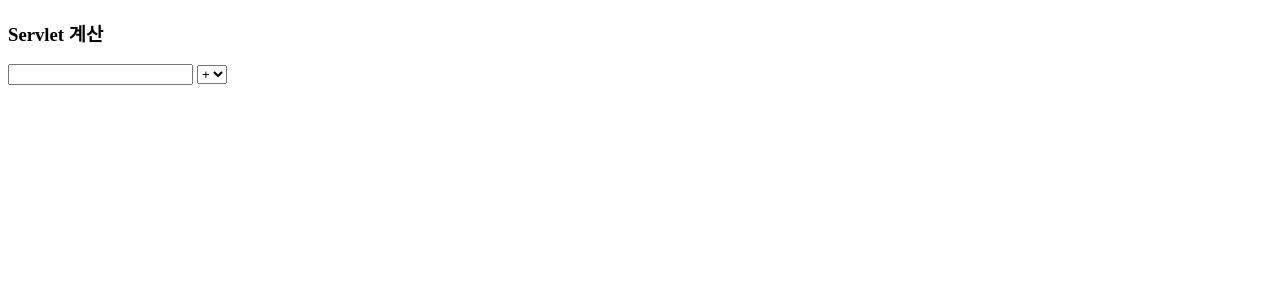
Repository: daehyuk1231/lect_labs_java
Page: http://localhost/java_web/calc1.jsp
An editor plug-in stored every save of this project. The page is shown before and after the next save, followed by the edit.
The browser window is 1280 px wide. The pictures show the whole page.
The page is served by Tomcat 10. Other server files are loaded and not shown.

Above is the page before, as saved 2025-08-13 05:56:24.

### java_web/src/main/webapp/calc1.jsp
<%@ page language="java" contentType="text/html; charset=UTF-8"
	pageEncoding="UTF-8"%>
<!DOCTYPE html>
<html>
<head>
<meta charset="UTF-8">
<title>Insert title here</title>
</head>
<body>
	<h3>Servlet 계산</h3>
	<form name="form1" action="" method="post">
		<input type="number" name="num1" size="5" required> <select
			name="operator">
			<option value="+">+</option>
			<option value="-">-</option>
			<option value="*">*</option>
			<option value="/">/</option>
		</select>
	</form>

</body>
</html>

After the next save:
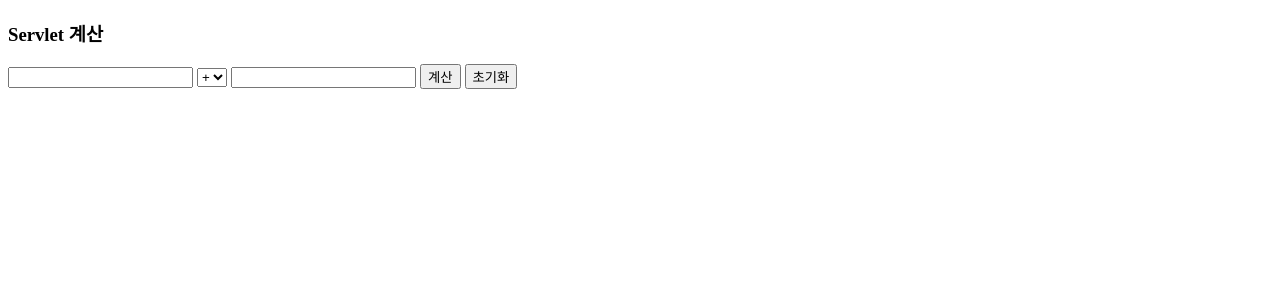
Saved 56 s later.
--- a/java_web/src/main/webapp/calc1.jsp
+++ b/java_web/src/main/webapp/calc1.jsp
@@ -11,11 +11,13 @@
 	<form name="form1" action="" method="post">
 		<input type="number" name="num1" size="5" required> <select
 			name="operator">
-			<option value="+">+</option>
+			<option value="+" selected>+</option>
 			<option value="-">-</option>
 			<option value="*">*</option>
 			<option value="/">/</option>
-		</select>
+		</select> <input type="number" name="num2" size="5" required>
+		<button type="submit">계산</button>
+		<button type="reset">초기화</button>
 	</form>
 
 </body>
